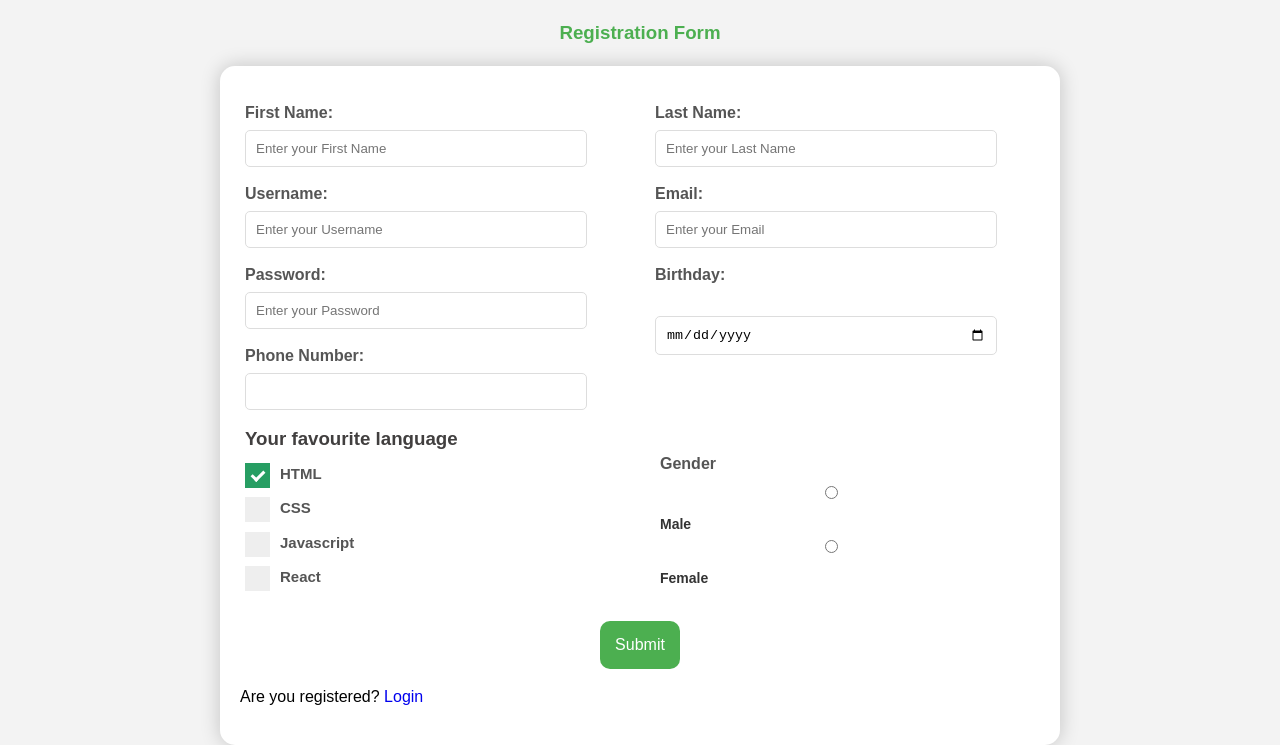
Repository: alizey12/Regestratin-Form-js
Page: regester.html
The author's editor kept a copy of each file at every save. The page is drawn from the files as they stood at one save, then again after the next save.
The browser window is 1280 px wide. The pictures show the whole page.

Above is the page before, as saved 2024-11-29 19:01:16.

After the next save:
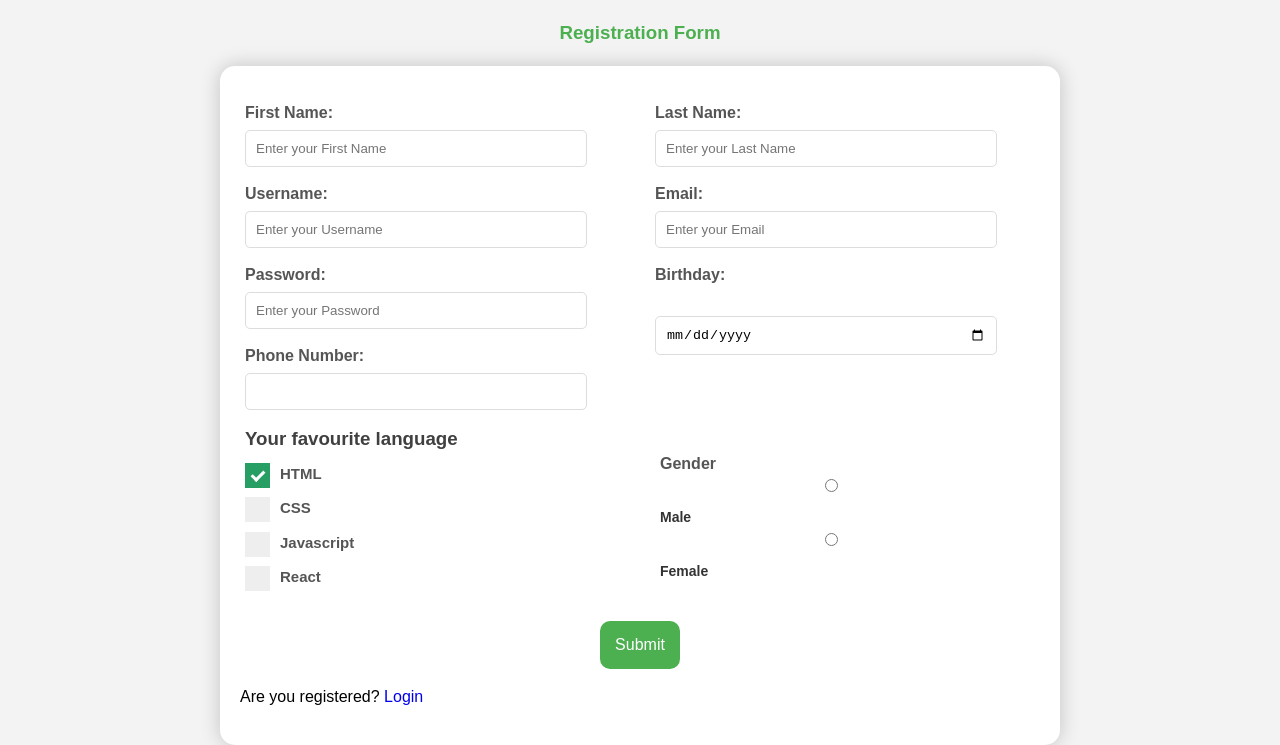
Saved 13 s later.
--- a/regester.css
+++ b/regester.css
@@ -148,7 +148,7 @@ button {
 
 
 .gen-rad p {
-    margin-bottom: 10px;
+    margin-bottom: 1px;
     font-weight: bold;
     color: #555;
 }
